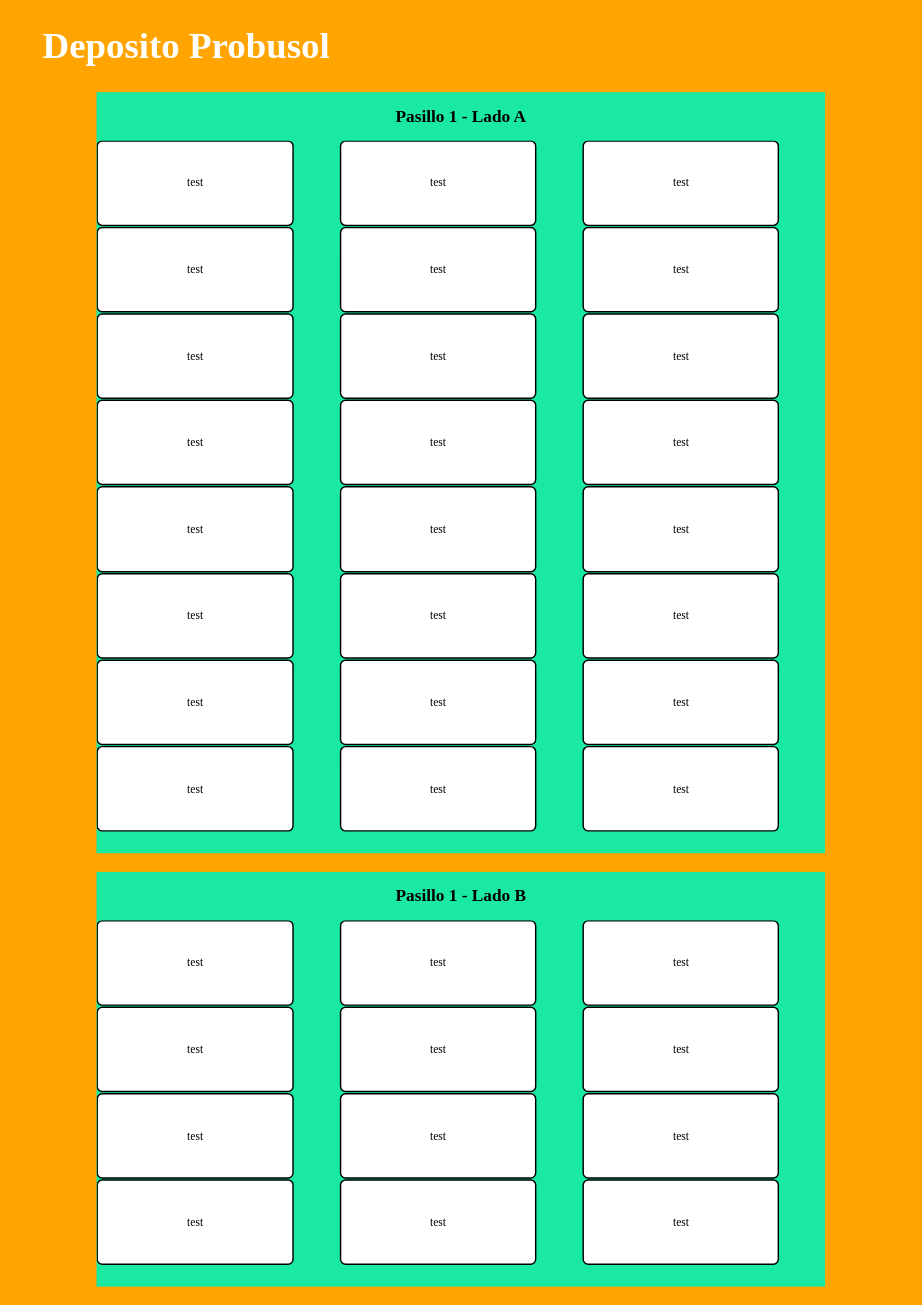
Repository: Franzcod/DepoStock_Web
Page: index.html
An editor plug-in stored every save of this project. The page is shown before and after the next save, followed by the edit.
The browser window is 1280 px wide. The pictures show the whole page, at 72% of full size.

Above is the page before, as saved 2020-06-07 03:10:36.
Console error: ReferenceError: ur is not defined

### index.html
<!DOCTYPE html>
<html lang="en">
<head>
    <meta charset="UTF-8">
    <meta name="viewport" content="width=device-width, initial-scale=1.0">
    <title>Deposito Probusol</title>

    <link rel="stylesheet" href="estilo/estilo.css">
</head>
<body>

    <div class="titulo">
        <h1>Deposito Probusol</h1>
    </div>


    <div class="app">
        <h2>Pasillo 1 - Lado A</h2>

        <ul class="hs">
            <li class="item">test</li>
            <li class="item">test</li>
            <li class="item">test</li>
            <li class="item">test</li>
            <li class="item">test</li>
            <li class="item">test</li>
            <li class="item">test</li>
            <li class="item">test</li>
            <li class="item">test</li>
            <li class="item">test</li>
            <li class="item">test</li>
            <li class="item">test</li>
            <li class="item">test</li>
            <li class="item">test</li>
            <li class="item">test</li>
            <li class="item">test</li>
            <li class="item">test</li>
            <li class="item">test</li>
            <li class="item">test</li>
            <li class="item">test</li>
            <li class="item">test</li>
            <li class="item">test</li>
            <li class="item">test</li>
            <li class="item">test</li>

        </ul>

        <!-- <div class="container">
            <div class="item">
            <h3>Block for context</h3>
            </div>
        </div> -->
    </div>

    <div class="app">
        <h2>Pasillo 1 - Lado B</h2>

        <ul class="hs">
            <li class="item">test</li>
            <li class="item">test</li>
            <li class="item">test</li>
            <li class="item">test</li>
            <li class="item">test</li>
            <li class="item">test</li>
            <li class="item">test</li>
            <li class="item">test</li>
            <li class="item">test</li>
            <li class="item">test</li>
            <li class="item">test</li>
            <li class="item">test</li>

        </ul>

        <!-- <div class="container">
            <div class="item">
            <h3>Block for context</h3>
            </div>
        </div> -->
    </div>






    <script>ur</script>

</body>







</html>

### estilo/estilo.css
html{
    background-color: rgba(255, 164, 0, 1);
}

.titulo{
    margin: 2vw 4vw;
    align-items: center;
    color: #fff;
    font-size: 2vw;
}


:root {
--gutter: 20px;
}

.app {
padding: var(--gutter) 0;
display: grid;
grid-gap: var(--gutter) 0;
/* grid-template-columns: var(--gutter) 1fr var(--gutter); */
align-content: start;
}


.hs {
    display: grid;
    grid-template-columns: repeat(3, 1fr);
    grid-template-rows: repeat(4, 1fr);
    gap: 1px 1px;

    overflow-x: scroll;
    /* scroll-snap-type: x proximity; */
    padding-bottom: calc(.75 * var(--gutter));
    margin-bottom: calc(-.25 * var(--gutter));

}

/* Demo styles */

ul {
    list-style: none;
    padding: 0;
    margin: 0;
}


h2,
h3 {
    margin: auto;
}

.app {
    width: 80%;
    height: 30%;
    background: rgb(26, 233, 161);
    overflow-y: scroll;
    margin: 2vw auto;

}

.hs > li,
.item {
    scroll-snap-align: center;
    /* padding: calc(var(--gutter) / 1 ); */
    display: flex;
    flex-direction: column;
    justify-content: center;
    align-items: center;
    background: #fff;
    border: 2px solid black;
    border-radius: 8px;
    height: 9vw;
    width: 80%;

}

After the next save:
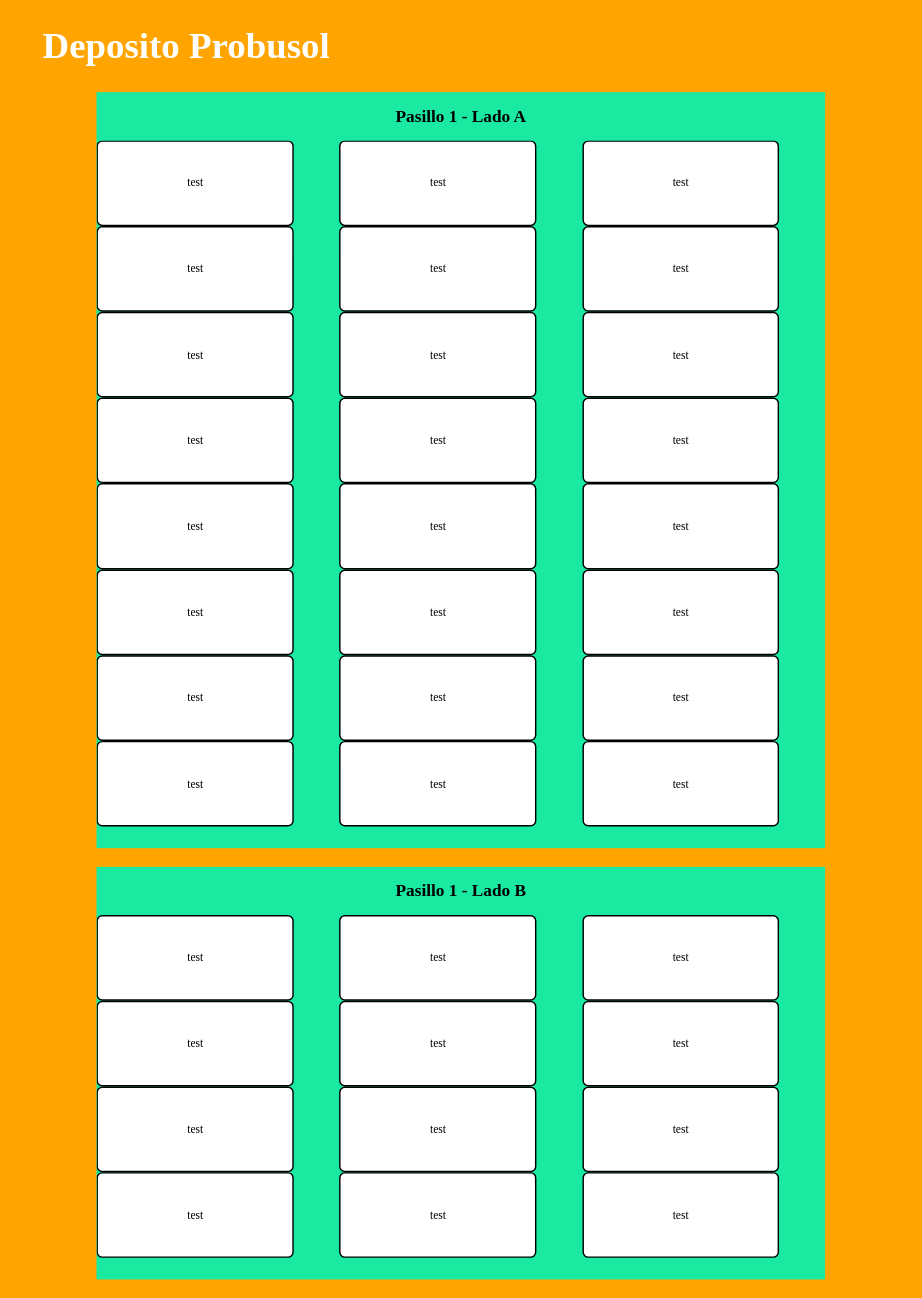
Saved 23 s later.
--- a/estilo/estilo.css
+++ b/estilo/estilo.css
@@ -27,7 +27,7 @@ align-content: start;
     display: grid;
     grid-template-columns: repeat(3, 1fr);
     grid-template-rows: repeat(4, 1fr);
-    gap: 1px 1px;
+
 
     overflow-x: scroll;
     /* scroll-snap-type: x proximity; */
